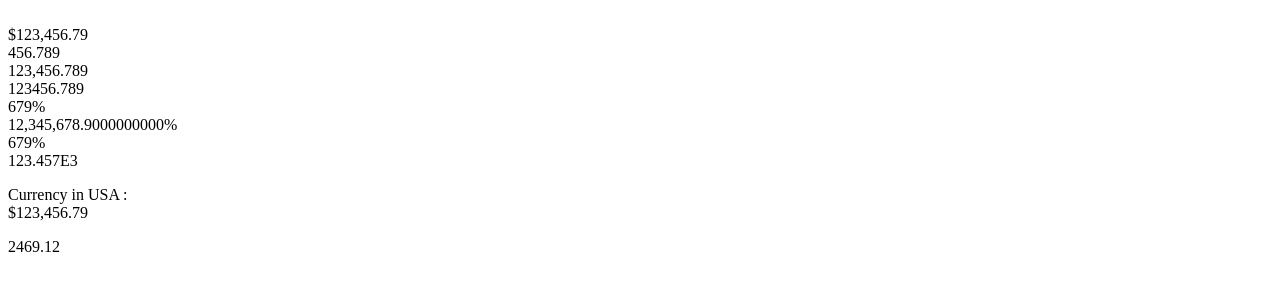
Repository: JungInBaek/Servlet-JSP
Page: http://localhost/edu/jstl_exam/exam12.jsp
The author's editor kept a copy of each file at every save. The page is drawn from the files as they stood at one save, then again after the next save.
The browser window is 1280 px wide. The pictures show the whole page.
The page is served by Tomcat 9. Other server files are loaded and not shown.

Above is the page before, as saved 2021-08-15 09:46:36.

### edu/src/main/webapp/jstl_exam/exam12.jsp
<%@ page language="java" contentType="text/html; charset=UTF-8"
    pageEncoding="UTF-8"%>
<%@ taglib prefix="c" uri="http://java.sun.com/jsp/jstl/core" %>
<%@ taglib prefix="fmt" uri="http://java.sun.com/jsp/jstl/fmt" %>


<c:set var="balance" value="123456.789" /> <br/>
<fmt:formatNumber type="currency" value="${balance}" /> <br/>
<fmt:formatNumber type="number" maxIntegerDigits="3" value="${balance}" /> <br/>
<fmt:formatNumber type="number" maxFractionDigits="3" value="${balance}" /> <br/>
<fmt:formatNumber type="number" groupingUsed="false" value="${balance}" /> <br/>
<fmt:formatNumber type="percent" maxIntegerDigits="3" value="${balance}" /> <br/>
<fmt:formatNumber type="percent" minFractionDigits="10" value="${balance}" /> <br/>
<fmt:formatNumber type="percent" maxIntegerDigits="3" value="${balance}" /> <br/>
<fmt:formatNumber type="number" pattern="###.###E0" value="${balance} "/> <br/>

<p>Currency in USA :
<fmt:setLocale value="en_US" /> <br/>
<fmt:formatNumber value="${balance}" type="currency" /></p>

<fmt:parseNumber value="1,234.56" pattern="0,000.000" var="num1" />
<fmt:parseNumber value="123" var="num2" />

${num1 + num1}

After the next save:
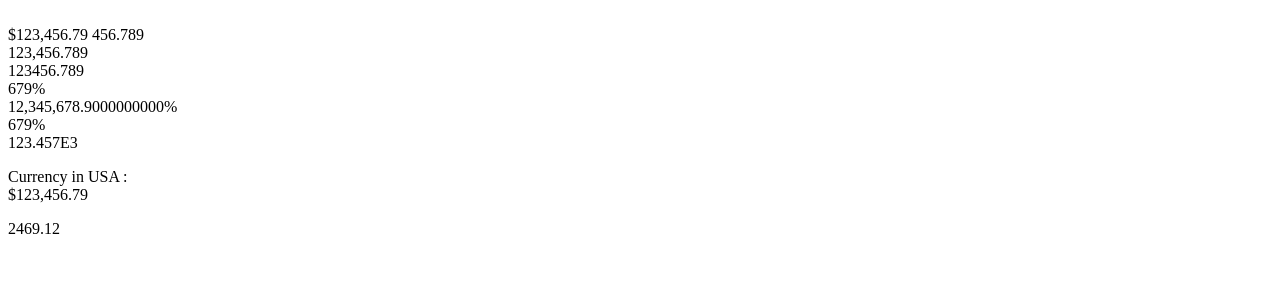
Saved 16 s later.
--- a/edu/src/main/webapp/jstl_exam/exam12.jsp
+++ b/edu/src/main/webapp/jstl_exam/exam12.jsp
@@ -5,7 +5,7 @@
 
 
 <c:set var="balance" value="123456.789" /> <br/>
-<fmt:formatNumber type="currency" value="${balance}" /> <br/>
+<fmt:formatNumber type="currency" value="${balance}" />
 <fmt:formatNumber type="number" maxIntegerDigits="3" value="${balance}" /> <br/>
 <fmt:formatNumber type="number" maxFractionDigits="3" value="${balance}" /> <br/>
 <fmt:formatNumber type="number" groupingUsed="false" value="${balance}" /> <br/>
